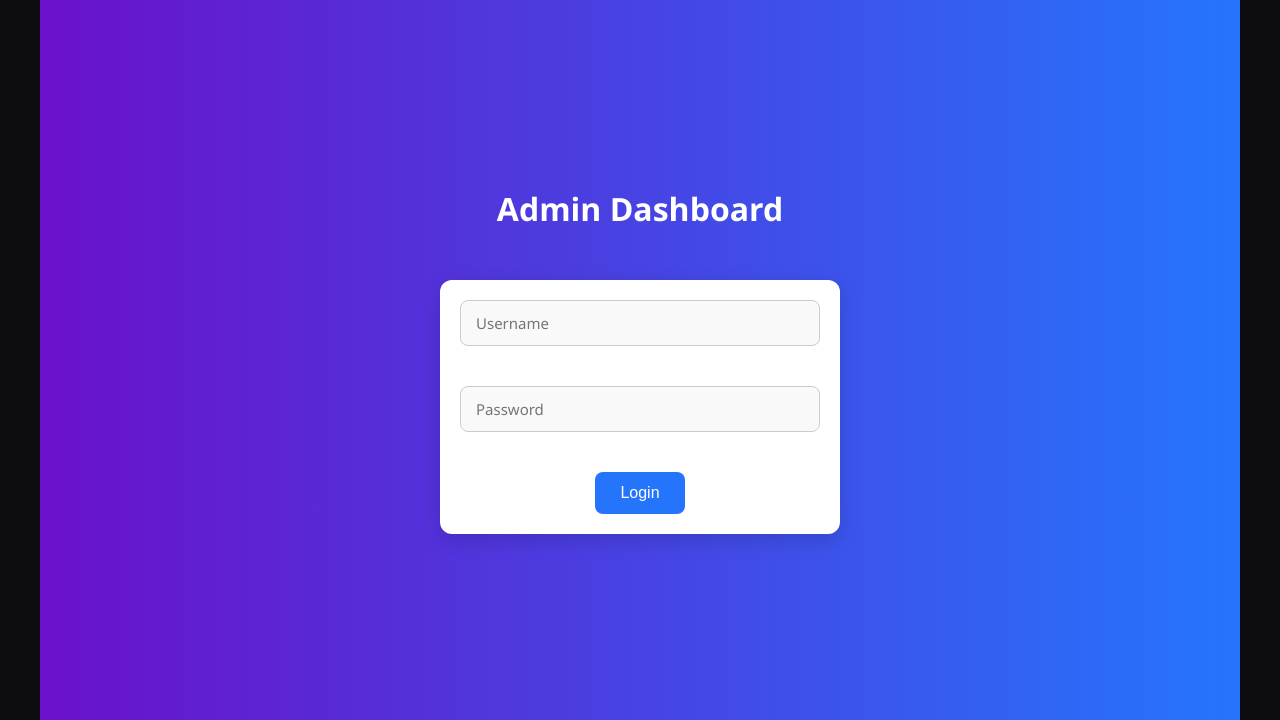
Repository: AfifaNoor/CRUD
Page: /
An editor plug-in stored every save of this project. The page is shown before and after the next save, followed by the edit.
The browser window is 1280 px wide. The pictures show the whole page.
The project was rebuilt for these pictures with package versions that can differ from the ones it lists, and the page was loaded fresh each time. Also part of the build but not shown: src/DashBoard.jsx, src/AddEmployee.jsx.

Above is the page before, as saved 2025-06-14 17:32:11.

After the next save:
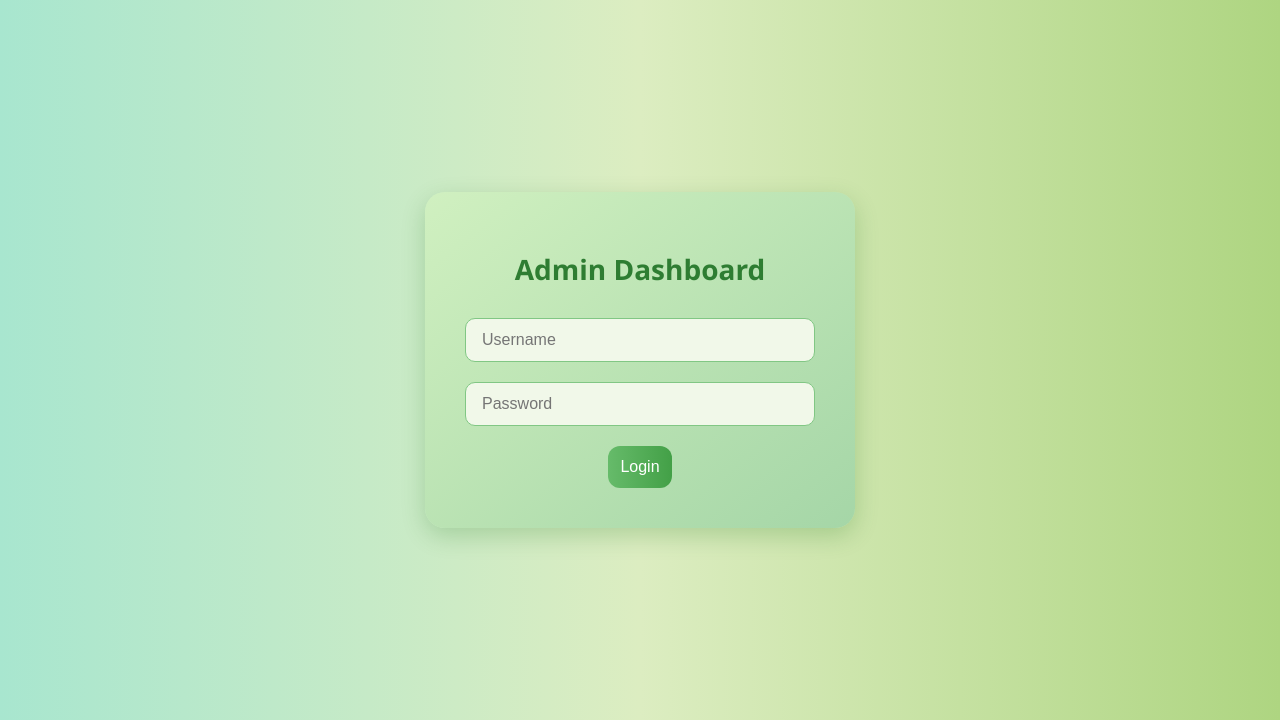
Saved 44 h 52 min later.
--- a/src/AdminPage.css
+++ b/src/AdminPage.css
@@ -1,117 +1,68 @@
 /* AdminPage.css */
 
+body {
+  margin: 0;
+  font-family: 'Segoe UI', Tahoma, Geneva, Verdana, sans-serif;
+  background: linear-gradient(to right, #a8e6cf, #dcedc1, #aed581);
+  min-height: 100vh;
+  display: flex;
+  align-items: center;
+  justify-content: center;
+}
+
 .admin-page {
-  min-height: 100vh;
-  background: linear-gradient(to right, #6a11cb, #2575fc);
-  display: flex;
-  flex-direction: column;
-  width: 100%;
-  justify-content: center;
-  align-items: center;
+  background: linear-gradient(to bottom right, #d0f0c0, #a5d6a7);
   padding: 40px;
-  font-family: 'Segoe UI', Tahoma, Geneva, Verdana, sans-serif;
-    box-sizing: border-box;
-    width: 100%;
-    max-width: 1200px;
-    margin: 0 auto;
+  border-radius: 20px;
+  box-shadow: 0 8px 25px rgba(0, 100, 0, 0.2);
+  width: 350px;
+  text-align: center;
+  transition: all 0.3s ease-in-out;
+}
 
+.admin-page:hover {
+  transform: scale(1.02);
 }
 
 .admin-page h1 {
-  color: #fff;
   margin-bottom: 30px;
-  font-size: 32px;
-  font-weight: 600;
-
+  color: #2e7d32;
+  font-size: 28px;
 }
 
 form {
-  background-color: #ffffff;
-  padding: 30px;
-  border-radius: 12px;
-  box-shadow: 0 6px 20px rgba(0, 0, 0, 0.15);
-  width: 100%;
-  max-width: 400px;
-    box-sizing: border-box;
-    display: flex;
-    flex-direction: column;
-    align-items: center;
-    justify-content: center;
-    gap: 20px;
-    font-family: 'Segoe UI', Tahoma, Geneva, Verdana, sans-serif;
-    font-size: 16px;
-    color: #555;
-    font-weight: 500;
-    margin: 0 auto;
-    margin-top: 20px;
-    margin-bottom: 20px;
-    box-sizing: border-box;
-    padding: 20px;
+  display: flex;
+  flex-direction: column;
+  gap: 20px;
 }
 
 .form-input {
-  width: 100%;
-  padding: 12px 15px;
-  margin-bottom: 20px;
-  border: 1px solid #ccc;
-  border-radius: 8px;
-  font-size: 15px;
-  transition: border 0.3s ease;
-    box-sizing: border-box;
-    background-color: #f9f9f9;
-    font-family: 'Segoe UI', Tahoma, Geneva, Verdana, sans-serif;
+  padding: 12px 16px;
+  border-radius: 10px;
+  border: 1px solid #81c784;
+  outline: none;
+  font-size: 16px;
+  transition: all 0.3s ease;
+  background: #f1f8e9;
 }
 
 .form-input:focus {
-  border: 1px solid #2575fc;
-  outline: none;
-
-}
-
-.form-button {
-  text-align: center;
+  border-color: #388e3c;
+  box-shadow: 0 0 8px rgba(56, 142, 60, 0.3);
 }
 
 .form-button button {
-  background-color: #2575fc;
+  padding: 12px;
+  border: none;
+  border-radius: 12px;
+  background: linear-gradient(to right, #66bb6a, #43a047);
   color: white;
-  border: none;
-  padding: 12px 25px;
   font-size: 16px;
-  border-radius: 8px;
   cursor: pointer;
-  transition: background-color 0.3s ease;
+  transition: all 0.3s ease;
 }
 
 .form-button button:hover {
-  background-color: #1b5edc;
+  background: linear-gradient(to right, #43a047, #2e7d32);
+  box-shadow: 0 4px 12px rgba(67, 160, 71, 0.4);
 }
-.form-button button:disabled {
-  background-color: #ccc;
-  cursor: not-allowed;
-}
-.form-button button:disabled:hover {
-  background-color: #ccc;
-}
-.form-button button:disabled:active {
-  background-color: #ccc;
-}
-.form-button button:active {
-  background-color: #1b5edc;
-}
-.form-button button:focus {
-  outline: none;
-  box-shadow: 0 0 0 2px rgba(37, 117, 252, 0.3);
-}
-.form-button button:focus:hover {
-  background-color: #1b5edc;
-}
-.form-button button:focus:active {
-  background-color: #1b5edc;
-}
-.form-button button:focus:disabled {
-  background-color: #ccc;
-}
-.form-button button:focus:disabled:hover {
-  background-color: #ccc;
-}
